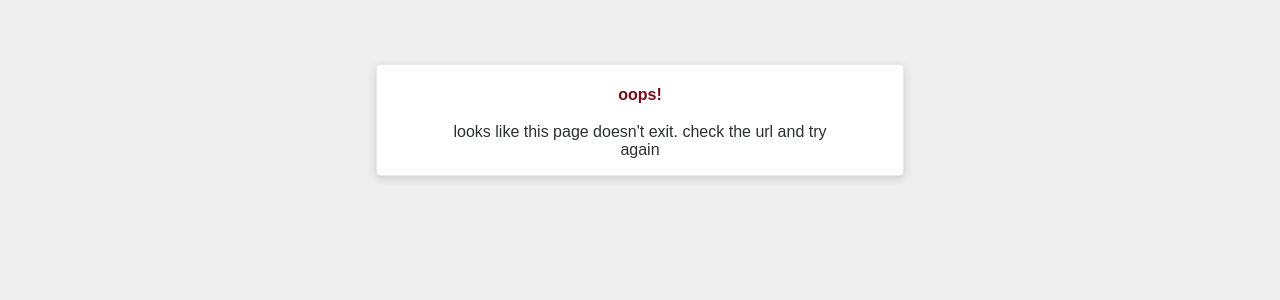
Repository: demesvardestin/demesvar.com
Page: public/404.html
The author's editor kept a record of every edit. The page is drawn from the files as they stood at one moment, then again after the next edit.
The browser window is 1280 px wide. The pictures show the whole page.

Above is the page before.

### public/404.html
<!DOCTYPE html>
<html>
<head>
  <title>The page you were looking for doesn't exist (404)</title>
  <meta name="viewport" content="width=device-width,initial-scale=1">
  <style>
  body {
    background-color: #EFEFEF;
    color: #2E2F30;
    text-align: center;
    font-family: arial, sans-serif;
    margin: 0;
  }

  div.dialog {
    width: 95%;
    max-width: 33em;
    margin: 4em auto 0;
  }

  div.dialog > div {
    border: 1px solid #CCC;
    border: 1px solid #e7e7e9;
    border-radius: 4px;
    background-color: white;
    padding: 7px 12% 0;
    box-shadow: 0 3px 8px rgba(50, 50, 50, 0.17);
  }

  h1 {
    font-size: 100%;
    color: #730E15;
    line-height: 1.5em;
  }

  div.dialog > p {
    margin: 0 0 1em;
    padding: 1em;
    background-color: #F7F7F7;
    border: 1px solid #CCC;
    border-right-color: #999;
    border-left-color: #999;
    border-bottom-color: #999;
    border-bottom-left-radius: 4px;
    border-bottom-right-radius: 4px;
    border-top-color: #DADADA;
    color: #666;
    box-shadow: 0 3px 8px rgba(50, 50, 50, 0.17);
  }
  </style>
</head>

<body>
  <!-- This file lives in public/404.html -->
  <div class="dialog">
    <div>
      <h1>oops!</h1>
      <p>looks like this page doesn't exit. check the url and try again</p>
    </div>
  </div>
</body>
</html>

After the next edit:
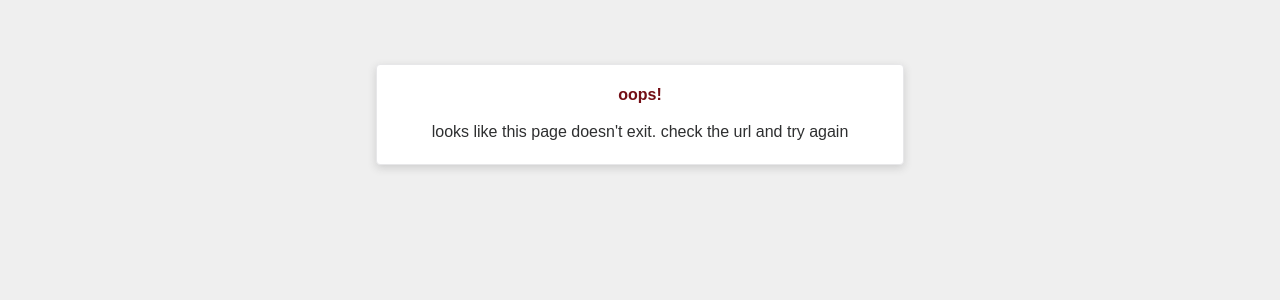
The edit:
--- a/public/404.html
+++ b/public/404.html
@@ -23,7 +23,7 @@
     border: 1px solid #e7e7e9;
     border-radius: 4px;
     background-color: white;
-    padding: 7px 12% 0;
+    padding: 7px 10% 7px;
     box-shadow: 0 3px 8px rgba(50, 50, 50, 0.17);
   }
 
